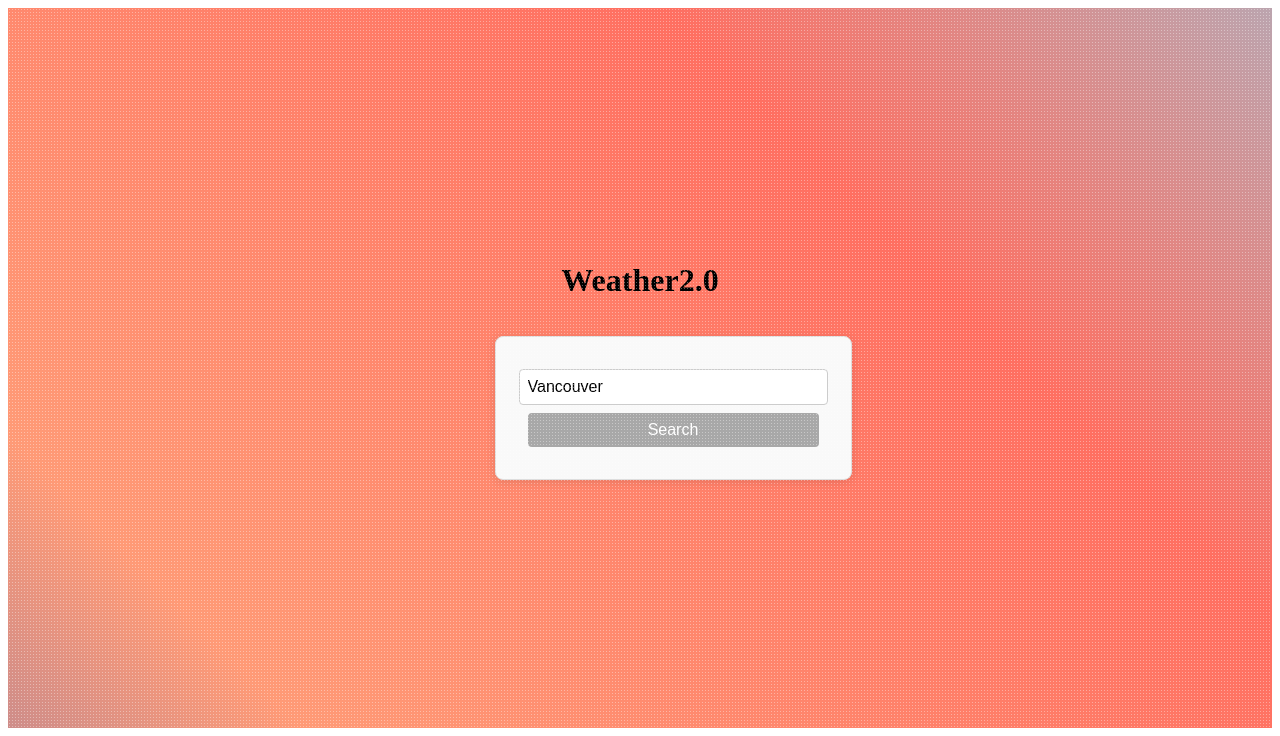
Repository: schwendyjr/COMP3170-Project
Page: /
An editor plug-in stored every save of this project. The page is shown before and after the next save, followed by the edit.
The browser window is 1280 px wide. The pictures show the whole page.
The page's requests for data from a server got no answer. The project was rebuilt for these pictures with package versions that can differ from the ones it lists, and the page was loaded fresh each time. The framework's server and built-in components were replaced by stand-ins that run in the browser. No one was signed in, and anything a server would have sent is missing. Also part of the build but not shown: utils/formatDate.js, components/WeatherCardItem.js, components/Forecast.js.

Above is the page before, as saved 2024-12-03 20:47:27.

After the next save:
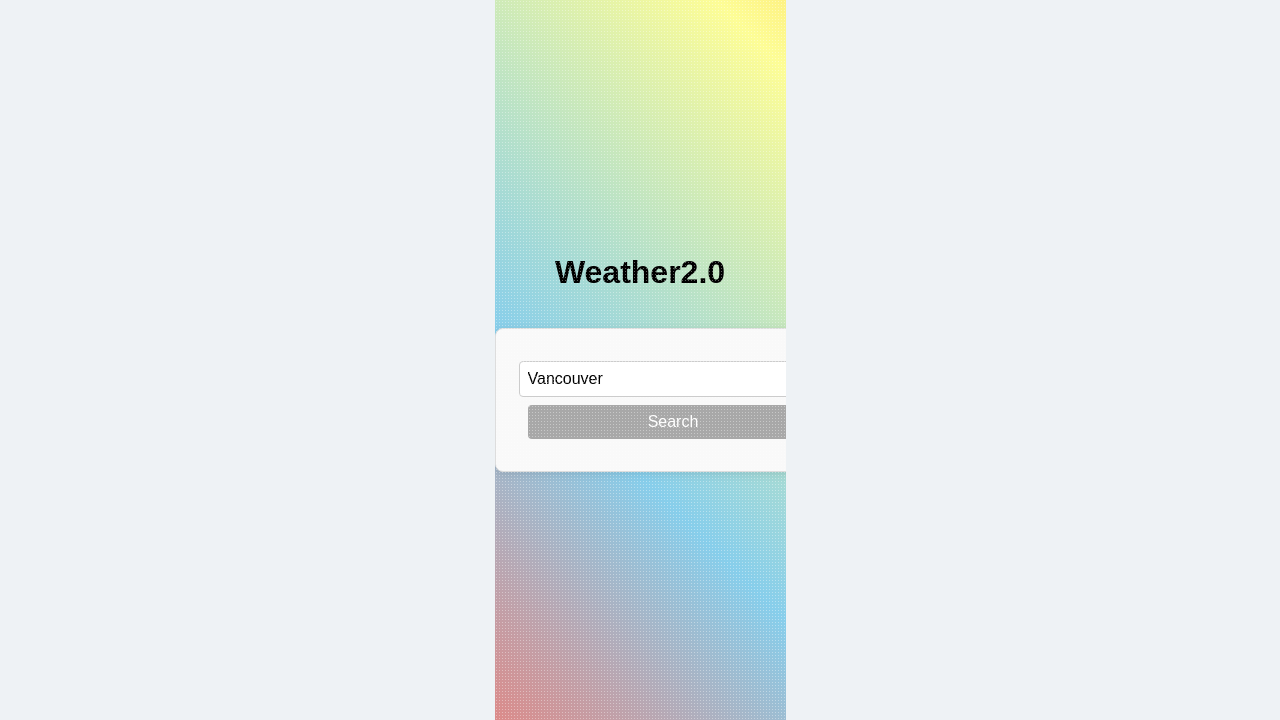
Saved 2 min 54 s later.
--- a/styles/Home.module.css
+++ b/styles/Home.module.css
@@ -161,3 +161,13 @@ pointer-events: none;
 .searchForm button:hover {
   background-color: #005bb5;
 }
+
+body {
+  display: flex;
+  justify-content: center;
+  align-items: center;
+  min-height: 100vh; /* Full height of the viewport */
+  margin: 0;
+  background-color: #eef2f5; /* Light background for contrast */
+  font-family: Arial, sans-serif; /* Clean font */
+}

After the save that followed:
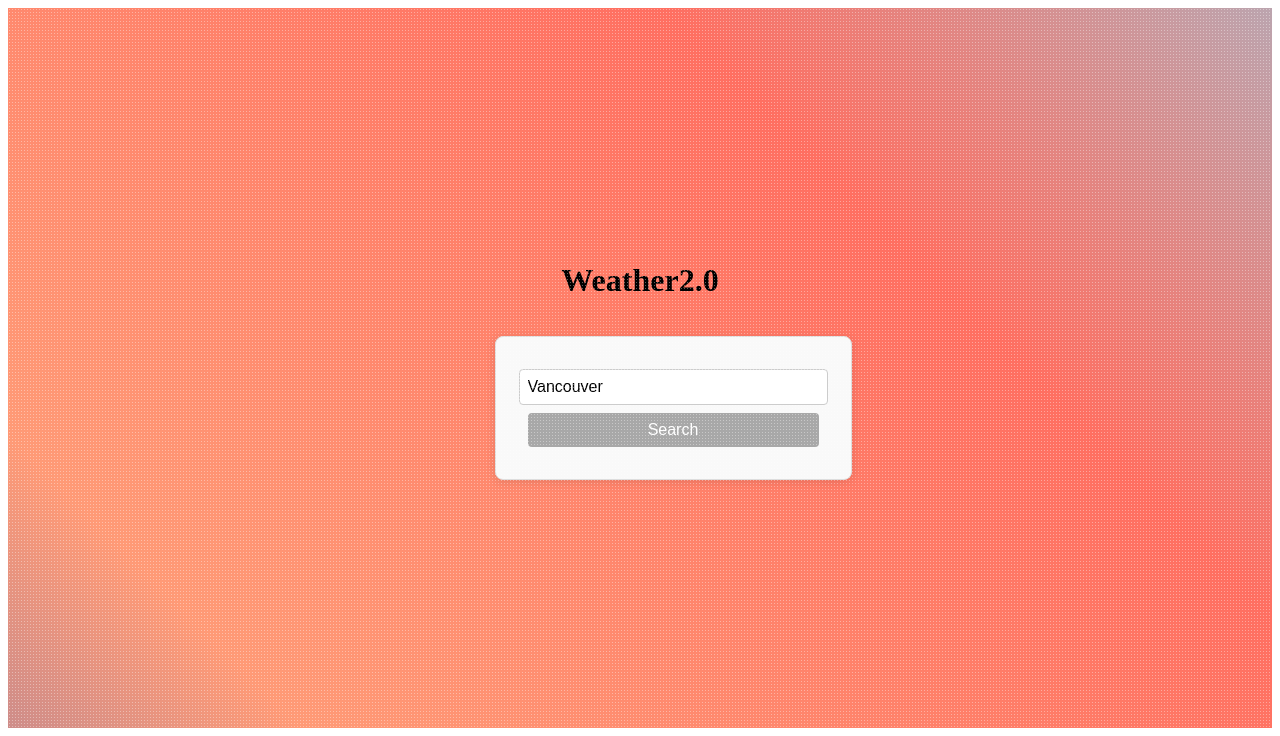
Saved 8 s later.
--- a/styles/Home.module.css
+++ b/styles/Home.module.css
@@ -162,7 +162,7 @@ pointer-events: none;
   background-color: #005bb5;
 }
 
-body {
+.body {
   display: flex;
   justify-content: center;
   align-items: center;
